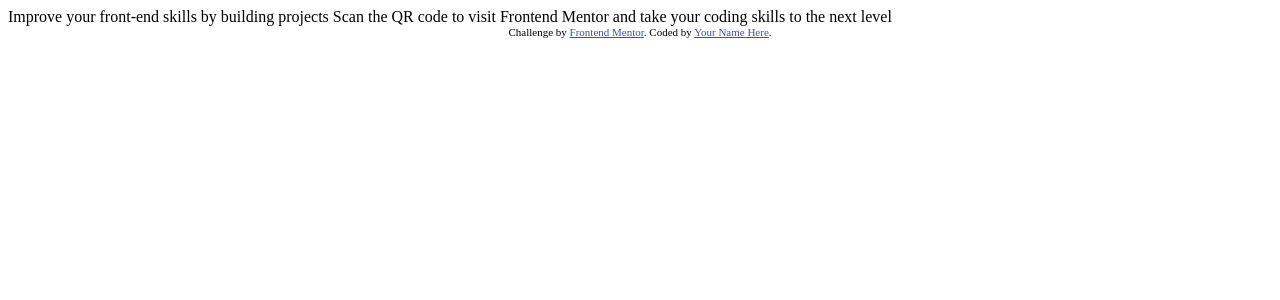
Repository: jesar-enl/qr-code-component-main-sample
Page: index.html
An editor plug-in stored every save of this project. The page is shown before and after the next save, followed by the edit.
The browser window is 1280 px wide. The pictures show the whole page.

Above is the page before, as saved 2022-03-04 08:29:43.

After the next save:
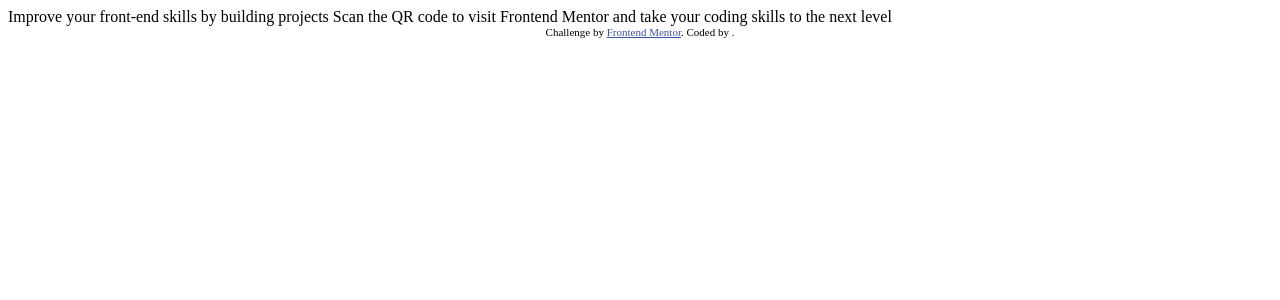
Saved 45 s later.
--- a/index.html
+++ b/index.html
@@ -22,7 +22,7 @@
 
   <div class="attribution">
     Challenge by <a href="https://www.frontendmentor.io?ref=challenge" target="_blank">Frontend Mentor</a>.
-    Coded by <a href="#">Your Name Here</a>.
+    Coded by <a href="#"></a>.
   </div>
 </body>
 </html>
